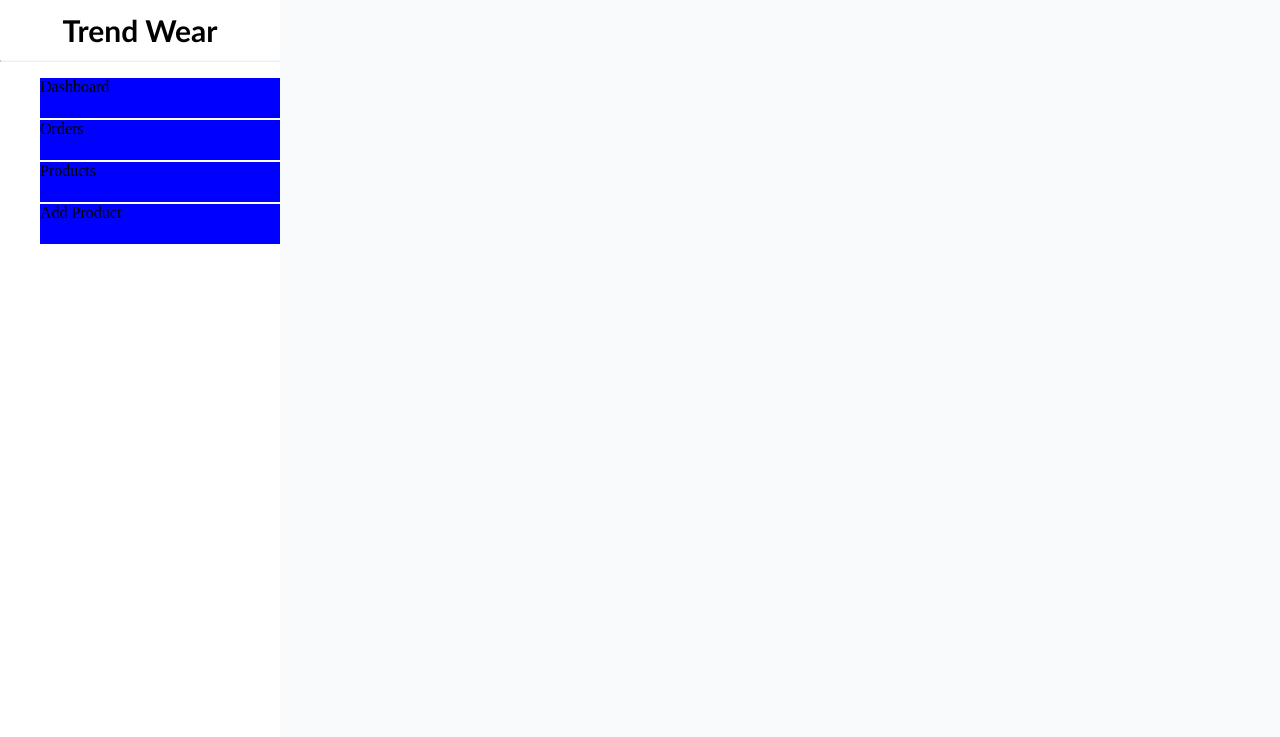
Repository: ahmad-dev7/TrendWear
Page: / (app in trend_wear_dashboard/)
These files come from the project's save history. The page is drawn as it stood at one moment and after the next save; the edit follows.
The browser window is 1280 px wide. The pictures show the whole page.
The project was rebuilt for these pictures with package versions that can differ from the ones it lists, and the page was loaded fresh each time. Also part of the build but not shown: trend_wear_dashboard/vite.config.ts.

Above is the page before, as saved 2025-01-19 13:46:25.

### trend_wear_dashboard/index.html
<!doctype html>
<html lang="en">

<head>
  <meta charset="UTF-8" />
  <link rel="icon" type="image/svg+xml" href="/vite.svg" />
  <meta name="viewport" content="width=device-width, initial-scale=1.0" />
  <title>Trend Wear</title>
</head>

<body>
  <div id="root"></div>
  <script type="module" src="/src/main.tsx"></script>
</body>

</html>

### trend_wear_dashboard/src/main.tsx
import { StrictMode } from "react";
import { createRoot } from "react-dom/client";
//import "bootstrap/dist/css/bootstrap.css";
import "./App.css";
import App from "./App.tsx";

createRoot(document.getElementById("root")!).render(
  <StrictMode>
    <App />
  </StrictMode>
);

### trend_wear_dashboard/src/App.css
body {
    background-color: #F9FAFB;
    padding: 0px;
    margin: 0px;

}

### trend_wear_dashboard/src/App.tsx
import Sidebar from "./Sidebar/Sidebar";
import "./Sidebar/Sidebar.css";

function App() {
  return (
    <>
      <Sidebar />
    </>
  );
}

export default App;

### trend_wear_dashboard/src/Sidebar/Sidebar.tsx
const Sidebar = () => {
  return (
    <div id="sidebar">
      <div className="header">Trend Wear</div>
      <hr />
      <ul id="sidebar-content">
        <li className="tab">Dashboard</li>
        <li className="tab">Orders</li>
        <li className="tab">Products</li>
        <li className="tab">Add Product</li>
      </ul>
    </div>
  );
};

export default Sidebar;

### trend_wear_dashboard/src/Sidebar/sidebar.css
/* Sidebar body */
#sidebar {
    background-color: white;
    width: 280px;
    height: 99vh;
    padding: 12px 0px 12px 0px;
    border-right-width: 2px;
    border-color: red;
}

/* Header with title [Trend Wear] */
#sidebar .header {
    height: 40px;
    font-size: 30px;
    text-align: center;
    font-weight: bold;
    font-family: 'Gill Sans', 'Gill Sans MT', Calibri, 'Trebuchet MS', sans-serif;
}

/* Divider between header and navbar */
#sidebar hr {
    border-top: 1px solid #F9FAFB;
}


#sidebar-content .tab {
    list-style-type: none;
    height: 40px;
    margin-bottom: 2px;
    background-color: blue;
    text-align: left;
}

After the next save:
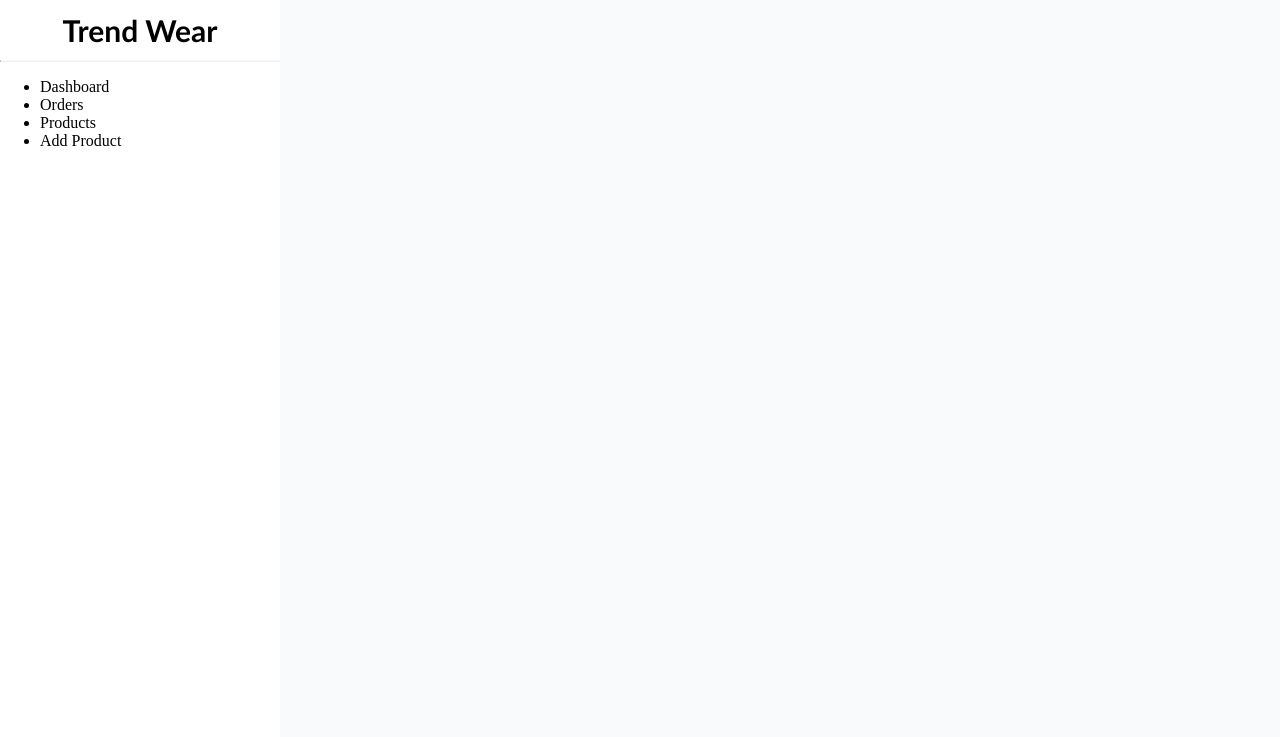
Saved 75 s later.
--- a/trend_wear_dashboard/src/Sidebar/sidebar.css
+++ b/trend_wear_dashboard/src/Sidebar/sidebar.css
@@ -23,10 +23,10 @@
 }
 
 
-#sidebar-content .tab {
+li .tab {
     list-style-type: none;
     height: 40px;
     margin-bottom: 2px;
     background-color: blue;
-    text-align: left;
+
 }

After the save that followed:
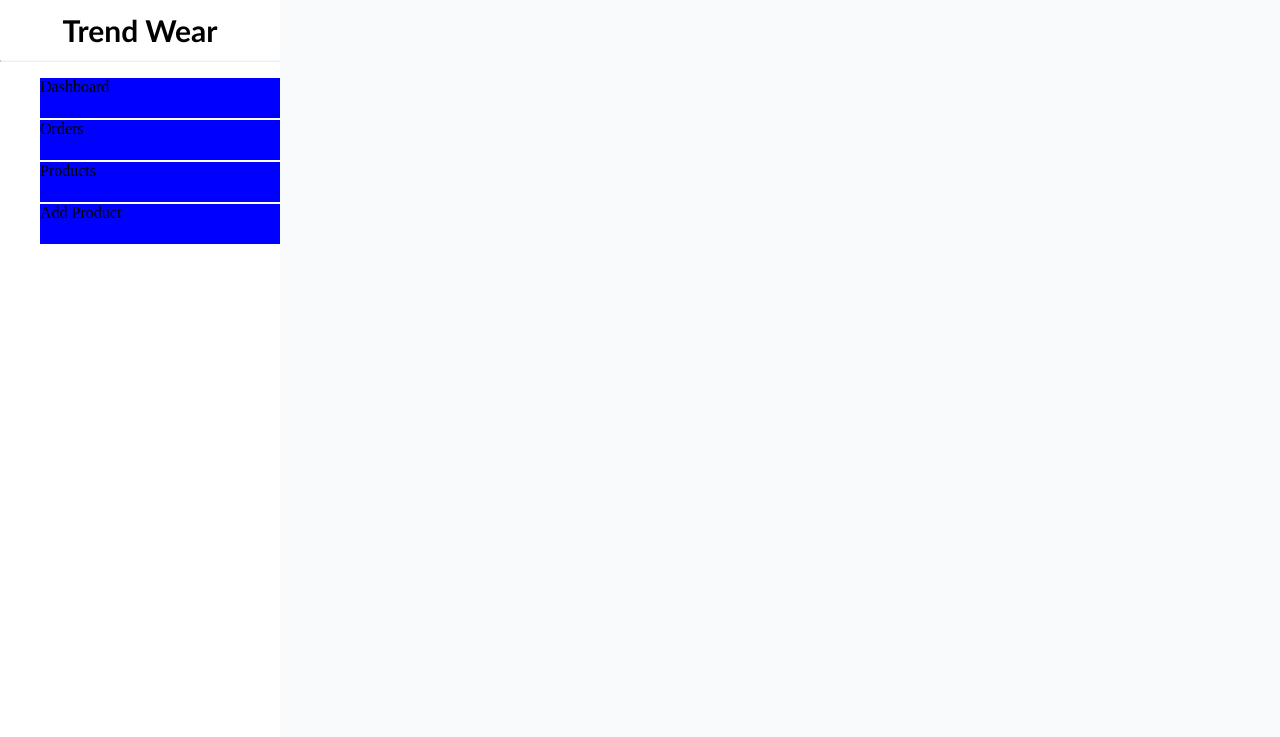
Saved 5 s later.
--- a/trend_wear_dashboard/src/Sidebar/sidebar.css
+++ b/trend_wear_dashboard/src/Sidebar/sidebar.css
@@ -23,7 +23,7 @@
 }
 
 
-li .tab {
+#sidebar-content .tab {
     list-style-type: none;
     height: 40px;
     margin-bottom: 2px;
